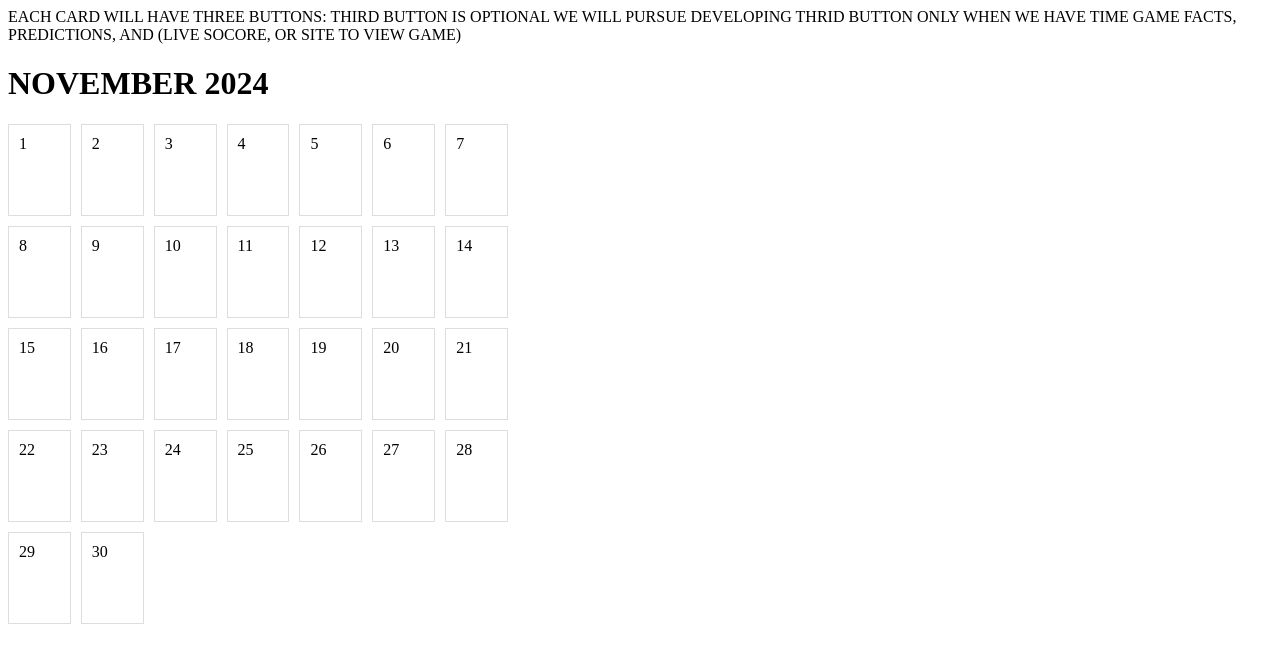
Repository: bredernd/Sports-Analytics
Page: http://localhost/CPS298_Nba/calendar
An editor plug-in stored every save of this project. The page is shown before and after the next save, followed by the edit.
The browser window is 1280 px wide. The pictures show the whole page.
The page is served by Tomcat 9. Other server files are loaded and not shown.

Above is the page before, as saved 2024-11-06 18:51:21.

### NBAProj/CPS298_Nba/src/main/webapp/WEB-INF/Dispatcher-servlet.xml
<?xml version="1.0" encoding="UTF-8"?>
<beans xmlns="http://www.springframework.org/schema/beans"
	xmlns:xsi="http://www.w3.org/2001/XMLSchema-instance"
	xmlns:context="http://www.springframework.org/schema/context"
	xmlns:mvc="http://www.springframework.org/schema/mvc"
	xmlns:tx="http://www.springframework.org/schema/tx"
	xsi:schemaLocation="http://www.springframework.org/schema/mvc http://www.springframework.org/schema/mvc/spring-mvc-4.3.xsd
		http://www.springframework.org/schema/beans http://www.springframework.org/schema/beans/spring-beans.xsd
		http://www.springframework.org/schema/context http://www.springframework.org/schema/context/spring-context-4.3.xsd
		http://www.springframework.org/schema/tx http://www.springframework.org/schema/tx/spring-tx-4.3.xsd">


	<context:component-scan
		base-package="com.cps298.nba">
	</context:component-scan>
	<mvc:annotation-driven></mvc:annotation-driven>
	<mvc:resources mapping="/resources/**" location="/resources/"></mvc:resources>
	<bean id="viewResolver"
		class="org.springframework.web.servlet.view.InternalResourceViewResolver">
	<property name="prefix" value="/WEB-INF/Views/"></property>
	<property name="suffix" value=".jsp"></property>
	</bean>

<!-- 	<bean id="myDataSource" -->
<!-- 		class="com.mchange.v2.c3p0.ComboPooledDataSource"> -->
<!-- 	<property name="driverClass" value="com.mysql.cj.jdbc.Driver"></property> -->
<!-- 	<property name="user" value="hbstudent"></property> -->
<!-- 	<property name="password" value="hbstudent"></property> -->
<!-- 	<property name="jdbcUrl" -->
<!-- 		value="jdbc:mysql://localhost:3306/movies?useSSL=false"> -->
<!-- 	</property> -->
<!-- 	<property name="minPoolSize" value="5"></property> -->
<!-- 	<property name="maxPoolSize" value="30"></property> -->
<!-- 	<property name="maxIdleTime" value="30000"></property> -->
<!-- 	</bean> -->
<!-- 	<bean id="sessionFactory" -->
<!-- 		class="org.springframework.orm.hibernate5.LocalSessionFactoryBean"> -->
<!-- 	<property name="dataSource" ref="myDataSource"></property> -->
<!-- 	<property name="packagesToScan" -->
<!-- 		value="com.cps298.nba.entity"> -->
<!-- 	</property> -->
<!-- 	<property name="hibernateProperties"> -->
<!-- 	<props> -->
<!-- 	<prop key="hibernate.dialect">org.hibernate.dialect.MySQLDialect</prop> -->
<!-- 	<prop key="hibernate.show_sql">true</prop> -->
<!-- 	</props> -->
<!-- 	</property> -->
<!-- 	</bean> -->
<!-- 	<bean id="myTransactionalManager" -->
<!-- 		class="org.springframework.orm.hibernate5.HibernateTransactionManager"> -->
<!-- 	<property name="sessionFactory" ref="sessionFactory"></property> -->
<!-- 	</bean> -->
<!-- 	<tx:annotation-driven transaction-manager="myTransactionalManager" /> -->
</beans>

### NBAProj/CPS298_Nba/src/main/webapp/WEB-INF/Views/calendar.jsp
<%@ page language="java" contentType="text/html; charset=ISO-8859-1"
    pageEncoding="ISO-8859-1"%>
<!DOCTYPE html>
<html>
<head>
<meta charset="ISO-8859-1">
<title>Calendar</title>

<style>
	.body{
	display: flex;
	justify-content: center;
	align-items: center;
	}

	.calendar {
	display: grid;
	grid-template-columns: repeat(7, 1fr);
	gap: 10px;
	width: 500px;
	height: 500px;
	}

    .day {
    border: 1px solid #ddd;
    padding: 10px;
    }
</style>
</head>
<body>


EACH CARD WILL HAVE THREE BUTTONS: THIRD BUTTON IS OPTIONAL
WE WILL PURSUE DEVELOPING THRID BUTTON ONLY WHEN WE HAVE TIME
GAME FACTS, PREDICTIONS, AND (LIVE SOCORE, OR SITE TO VIEW GAME)

    <h1>${month} ${year}</h1>

    <div class="calendar">
        ${calendarHtml}
    </div>


</body>
</html>

### NBAProj/CPS298_Nba/src/main/java/com/cps298/nba/controller/MainController.java
package com.cps298.nba.controller;

import java.time.LocalDate;

import org.springframework.beans.factory.annotation.Autowired;
import org.springframework.stereotype.Controller;
import org.springframework.ui.Model;
import org.springframework.web.bind.annotation.RequestMapping;

import com.cps298.nba.service.CalendarService;

@Controller
public class MainController {

    @Autowired
    private CalendarService calendarService;

	@RequestMapping("/")
	public String home() {
		return "home";
	}

	@RequestMapping("/calendar")
	public String calendar(Model model) {
        LocalDate now = LocalDate.now();
        int year = now.getYear();
        int month = now.getMonthValue();

        // Use the service to generate the HTML
        String calendarHtml = calendarService.generateCalendarHtml(year, month);

        model.addAttribute("calendarHtml", calendarHtml);
        model.addAttribute("month", now.getMonth());
        model.addAttribute("year", year);

		return "calendar";
	}

	@RequestMapping("/news")
	public String news() {
		return "news";
	}

	@RequestMapping("/gameFacts")
	public String gameFacts() {
		return "gameFacts";
	}

	@RequestMapping("/predictions")
	public String predictions() {
		return "predictions";
	}
}

### NBAProj/CPS298_Nba/src/main/java/com/cps298/nba/service/CalendarService.java
package com.cps298.nba.service;

import java.time.LocalDate;
import java.time.YearMonth;

import org.springframework.stereotype.Service;

@Service
public class CalendarService {

    public String generateCalendarHtml(int year, int month) {
        StringBuilder calendarHtml = new StringBuilder();
        YearMonth yearMonth = YearMonth.of(year, month);

        for (int day = 1; day <= yearMonth.lengthOfMonth(); day++) {
            calendarHtml.append("<div class='day'>").append(day).append("</div>");
        }

        return calendarHtml.toString();
    }

}

After the next save:
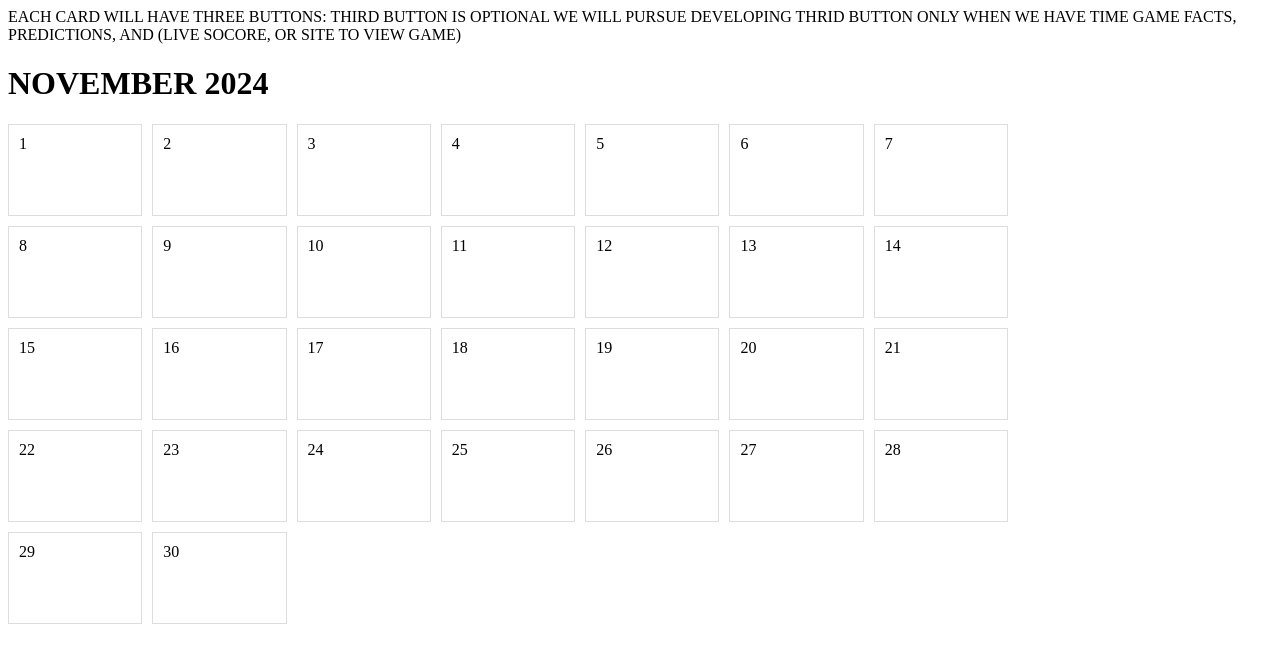
Saved 18 s later.
--- a/NBAProj/CPS298_Nba/src/main/webapp/WEB-INF/Views/calendar.jsp
+++ b/NBAProj/CPS298_Nba/src/main/webapp/WEB-INF/Views/calendar.jsp
@@ -17,7 +17,7 @@
 	display: grid;
 	grid-template-columns: repeat(7, 1fr);
 	gap: 10px;
-	width: 500px;
+	width: 1000px;
 	height: 500px;
 	}
 
